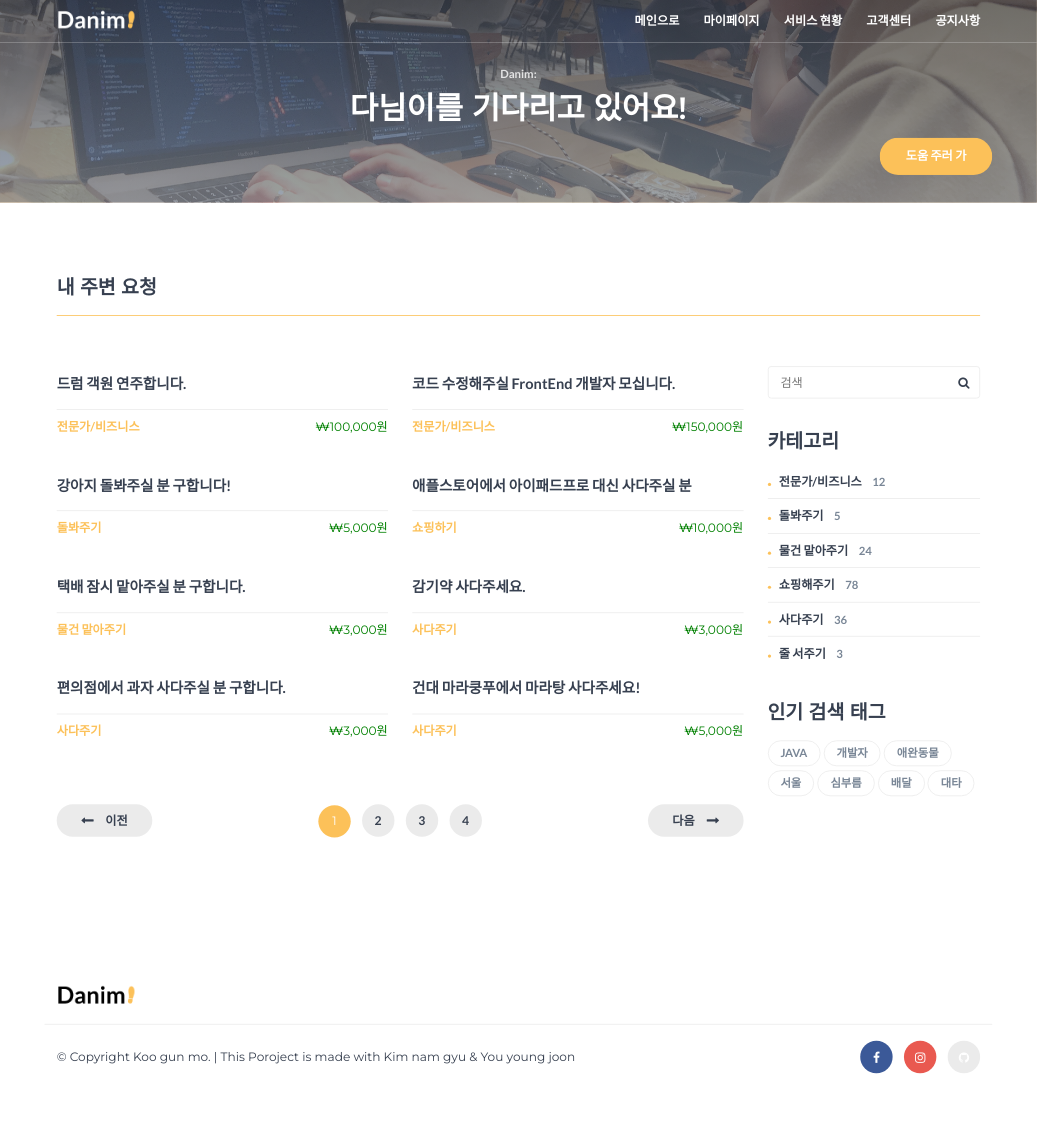
Repository: him1897/Danim
Page: http://localhost/danim/WEB-INF/views/userindex.jsp
The author's editor kept a copy of each file at every save. The page is drawn from the files as they stood at one save, then again after the next save.
The browser window is 1280 px wide. The pictures show the whole page, at 81% of full size.
Backgrounds fixed to the window are drawn as part of the page. The page is served by Tomcat 9. Nobody is signed in. The template is opened directly, without the code that normally fills it, so the values that code supplies are empty.

Above is the page before, as saved 2019-10-18 00:51:24.

After the next save:
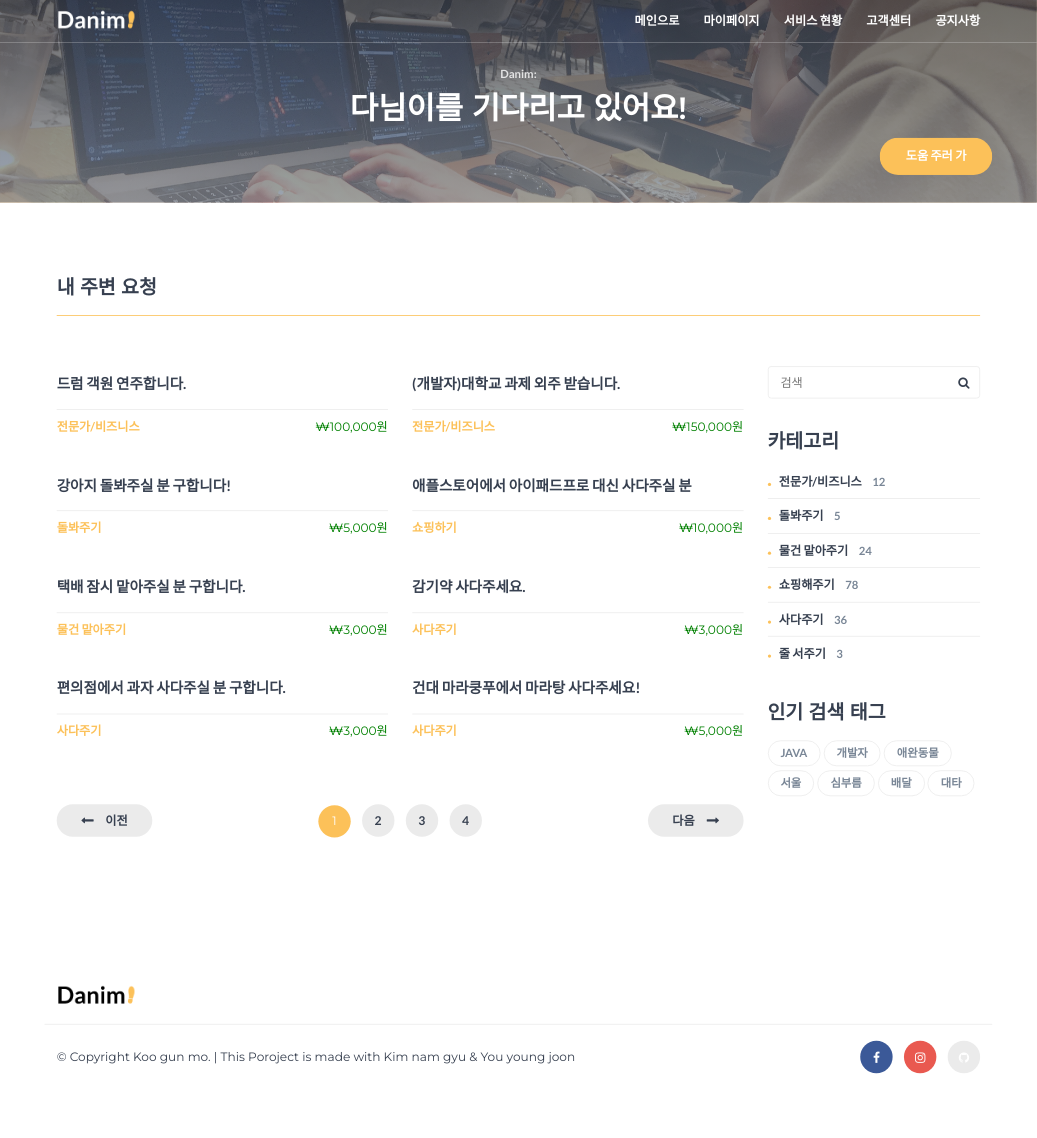
Saved 19 s later.
--- a/DanimProject/danim/src/main/webapp/WEB-INF/views/userindex.jsp
+++ b/DanimProject/danim/src/main/webapp/WEB-INF/views/userindex.jsp
@@ -125,7 +125,7 @@
 							<!-- single blog -->
 							<div class="col-md-6">
 								<div class="single-blog">
-									<h4><a href="#">코드 수정해주실 FrontEnd 개발자 모십니다.</a></h4>
+									<h4><a href="#">(개발자)대학교 과제 외주 받습니다.</a></h4>
 									<div class="blog-meta">
 										<span class="blog-meta-author"><a href="#">전문가/비즈니스</a></span>
 										<div class="pull-right">
